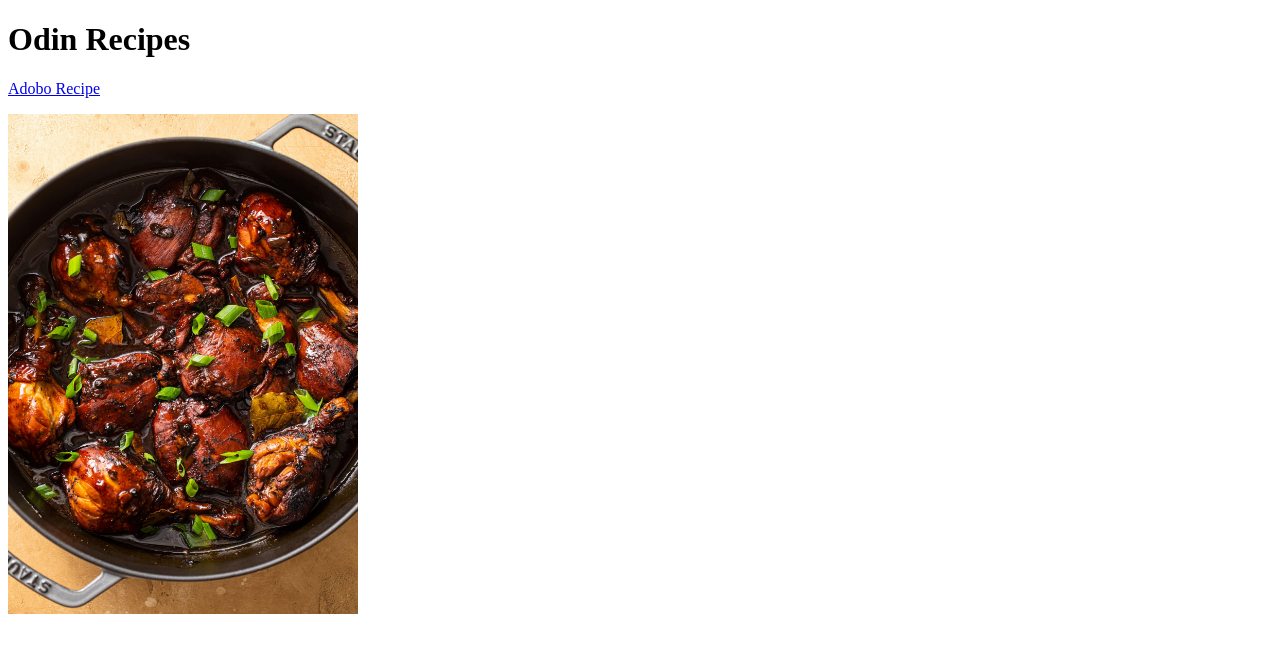
Repository: StevePrado/odin-recipes
Page: index.html
The author's editor kept a copy of each file at every save. The page is drawn from the files as they stood at one save, then again after the next save.
The browser window is 1280 px wide. The pictures show the whole page.

Above is the page before, as saved 2026-09-19 09:12:28.

After the next save:
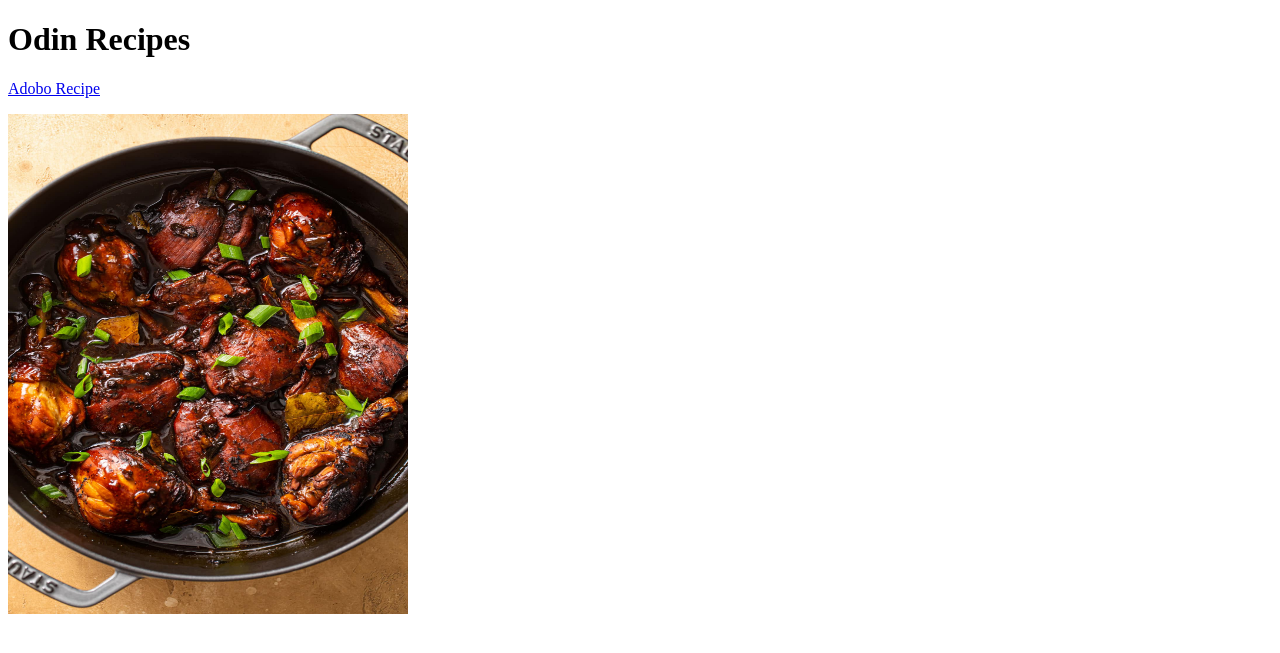
Saved 7 s later.
--- a/index.html
+++ b/index.html
@@ -9,7 +9,7 @@
   <h1>Odin Recipes</h1>
   <a href="recipes/adobo.html">Adobo Recipe</a>
   <p></p>
-  <img src="assets/adobo.jpg" alt="Adobo Dish Picture" height="500" width="350">
+  <img src="assets/adobo.jpg" alt="Adobo Dish Picture" height="500" width="400">
 
 
 </body>
